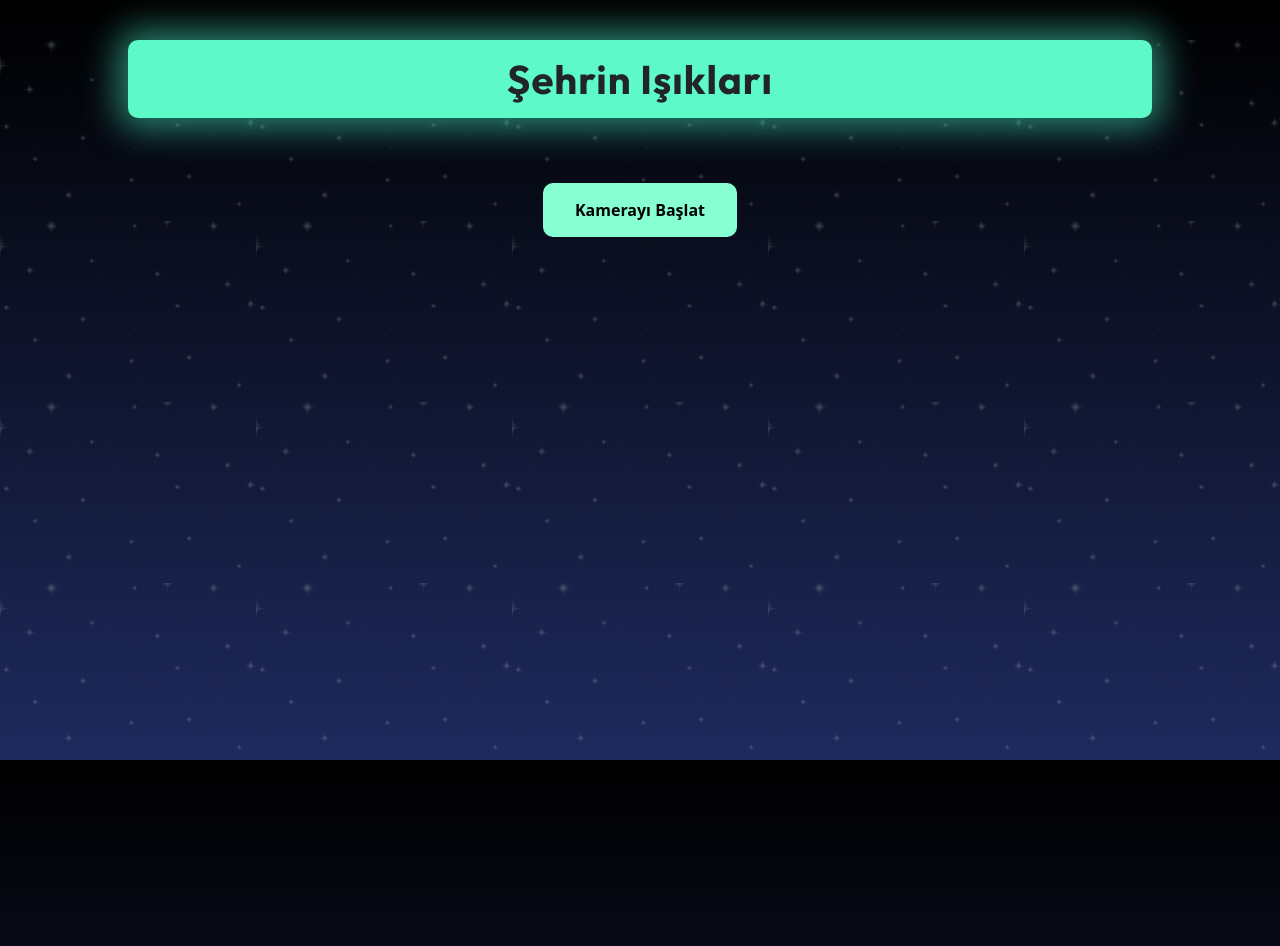
Repository: BiranOrundas/CameraQR
Page: index.html
The author's editor kept a copy of each file at every save. The page is drawn from the files as they stood at one save, then again after the next save.
The browser window is 1280 px wide. The pictures show the whole page.

Above is the page before, as saved 2024-08-29 15:45:33.

### index.html
<!DOCTYPE html>
<html lang="tr">
<head>
    <meta charset="UTF-8">
    <title>Şehrin Işıkları</title>
<link rel="stylesheet" href="style.css">
<link href="https://cdn.jsdelivr.net/npm/bootstrap@5.3.3/dist/css/bootstrap.min.css" rel="stylesheet" integrity="sha384-QWTKZyjpPEjISv5WaRU9OFeRpok6YctnYmDr5pNlyT2bRjXh0JMhjY6hW+ALEwIH" crossorigin="anonymous">
</head>
<body class="mx-auto">
    <div id="stars">

    </div>
    <div class="header">
        <h1 class="outfit">Şehrin Işıkları</h1>
    </div>
    <div style="align-items: center; justify-content: center; text-align: center;">
    <button class="button" id="start-camera">Kamerayı Başlat</button>
</div>
    <video id="camera" autoplay playsinline></video>
    <div style="align-items: center; justify-content: center; text-align: center;">
    <button class="button" id="take-photo" >Fotoğraf Çek</button>
    </div>
    <canvas id="canvas" ></canvas>
    <div class="row mx-auto align-items-center">
          <div class="col-12 col-md-8">
    <img id="photo"  alt="Çekilen Fotoğraf">
        </div>
    <div class="col-12 col-md-4 mx-auto justify-content-center ">
        <h1 id="qrinfo">Fotografınızı QR kodu okutarak indirebilirsiniz.</h1>
    <div class="text-center mx-auto" id="qrcode"></div>
    </div>
    </div>
    <div id="qrdiv" class="mt-5 py-5" style="align-items: center; justify-content: center; text-align: center;">
    <button id="download-qr" class="button" style="display: none;">QR Kodunu İndir</button>
    <button id="try-again" class="button" style="display: none;">Yeniden Çek</button>
    </div>



    <script src="qrious.js"></script>
    <script src="script.js"></script>
</body>
</html>

### style.css
@import url('https://fonts.googleapis.com/css2?family=Outfit:wght@100..900&display=swap');



.outfit {
  font-family: "Outfit", sans-serif;
  font-optical-sizing: auto;
  font-weight: 700;
  font-style: normal;
}

#stars{
  position: absolute;
  background-image: url(stars.png);
  height: 100vh;
  width: 100vw;
  margin-left: -10%;
  object-fit: cover;
  z-index: -1;
  opacity: 0.2;
  background-repeat: repeat;
  background-size: 20%;
}

body{
    margin-left:auto ;
    margin-right:auto ;
    align-items: center;
    justify-content: center;
    max-width: 80vw !important;
    height: 100vh !important;
    /* background-image: repeating-linear-gradient(to bottom, #1E2A5E 10%, #38444d 5% ) !important; */
    background-image: linear-gradient(to bottom, rgba(0,0,0,1), rgba(30,42,94,1));
}

#camera {
    display: grid;
    visibility: hidden;
    justify-content: center;
    margin: auto;
    width: 100%;
    max-width: 1400px;
    height: 75vh;
    object-fit: cover;
    border-radius: 10px;
    box-shadow: #ffffffda 0px 0px 65px 10px;
    border: #fff 1px solid;
    border-style: dotted;
}

#photo {
    border:rgb(93, 250, 200) 1px solid;
    display: none;
    width: 50vw;
    height: 60vh;
    margin-top: 10px;
    justify-content: center;
    border-radius: 15px;
    object-fit: cover;
    box-shadow: rgba(242, 242, 242, 0.53) 0px 0px 35px 10px;
}

#qrcode {
   width: 20vw;
   height: auto;
}

#take-photo{
display: none;
}
#canvas{
display: none ;
}

.button {
    background-color: #87ffd3; /* Green */
    border: none;
    color: #000000;
    padding: 15px 32px;
    text-align: center;
    text-decoration: none;
    font-weight: 700;
    display: inline-block;
    font-size: 16px;
    border-radius: 10px;
    transition: 0.5s;
    justify-content: center;
    align-items: center;
    margin: 25px;


  }

  .button:hover{
    background-color: #005e3c; /* Green */
    cursor: pointer;
    color: #fff;
    box-shadow: #ffffff 0px 0px 15px 5px;
    transition: 0.5s;
    border: #fff 1px solid;
  }

  h1{
    justify-content: center;
    text-align: center;
    font-size: 2.5rem;
    color: rgb(255, 255, 255);
    letter-spacing: 1px;
    padding: 15px 10px;
  }

  .header{
    background-color: rgb(93, 250, 200);
    border-radius: 10px;
    width: 80vw;
    justify-content: center;
    align-items: center;
    text-align: center;
    flex-wrap: initial;
    margin-left: auto;
    margin-right: auto;
    margin-top: 40px;
    margin-bottom: 40px;
    box-shadow: rgba(74, 246, 203, 0.53) 0px 0px 35px 10px;


  }

  #qrinfo{
    color: #fff;
    text-shadow: #fff 0px 0px 15px;
    font-size: 2.5rem;
    margin-bottom: 40px;
    display: none;
  }

  @media only screen and (max-width: 680px){

    #camera {
        display: grid;
        visibility: hidden;
        justify-content: center;
        margin: auto;
        height: 60vh;
        object-fit: cover;
        border-radius: 10px;
        box-shadow: #55555588 2px 10px 35px 1px;
    }

    #photo {
        border:rgb(93, 250, 200) 1px solid;
        display: none;
        width: 75vw;
        height: 50vh;
        margin-top: 10px;
        justify-content: center;
        border-radius: 15px;
        object-fit: cover;
        box-shadow: rgba(242, 242, 242, 0.53) 0px 0px 35px 10px;
    }

    #qrcode {
        width: 50vw;
        height: auto;
     }

     #qrinfo{
        color: #fff;
        text-shadow: #fff 0px 0px 15px;
        font-size: 1.8rem;
        margin-bottom: 40px;
        margin-top: 40px;
        display: none;
      }

  }

### script.js
document.getElementById('start-camera').addEventListener('click', async function () {

    const cam = document.getElementById('start-camera');
    const video = document.getElementById('camera');
    const takePhotoButton = document.getElementById('take-photo');
    const stream = await navigator.mediaDevices.getUserMedia({ video: true });
    video.srcObject = stream;
    video.style.display = 'block';
    video.style.visibility = 'visible';
    cam.style.display = 'none';
    takePhotoButton.style.display = 'inline';
});
document.getElementById('start-camera').addEventListener('touchstart', async function () {
    const video = document.getElementById('camera');
    const takePhotoButton = document.getElementById('take-photo');
    const stream = await navigator.mediaDevices.getUserMedia({ video: true });
    video.srcObject = stream;
    video.style.display = 'block';
    video.style.visibility = 'visible';
    takePhotoButton.style.display = 'inline';
});



document.getElementById('take-photo').addEventListener('click', function () {
    const takePhoto = document.getElementById('take-photo');
    const again = document.getElementById('try-again');
    const canvas = document.getElementById('canvas');
    const video = document.getElementById('camera');
    const photo = document.getElementById('photo');
    const qrCodeDiv = document.getElementById('qrcode');
    const downloadButton = document.getElementById('download-qr');
    const qrinfo = document.getElementById('qrinfo');

    canvas.width = video.videoWidth;
    canvas.height = video.videoHeight;
    canvas.getContext('2d').drawImage(video, 0, 0);

    // Fotoğrafı göster
    const photoData = canvas.toDataURL('image/png');
    photo.src = photoData;

    // Fotoğrafı sunucuya yükle
    fetch('upload.php', {
        method: 'POST',
        headers: {
            'Content-Type': 'application/x-www-form-urlencoded'
        },
        body: 'photo=' + encodeURIComponent(photoData)
    })
    .then(response => response.text()) // JSON yerine text olarak yanıtı alın
    .then(text => {
        console.log("Gelen yanıt:", text); // Konsola dönen yanıtı yazdır
        try {
            const data = JSON.parse(text); // Yanıtı JSON'a çevir
            if (data.url) {
                // Fotoğrafın URL'sini kullanarak QR kodu oluştur
                const qr = new QRious({
                    value: window.location.origin + '/' + data.url,
                    size: 250
                });
                qrCodeDiv.innerHTML = ''; // QR kod div'ini temizle
                qrCodeDiv.appendChild(qr.canvas); // QR kodunu ekle
                downloadButton.style.display = 'inline'; // İndir butonunu göster
                again.style.display = 'inline'; // İndir butonunu göster

                // QR kodunu indir
                downloadButton.onclick = function () {
                    const link = document.createElement('a');
                    link.href = qr.toDataURL('image/png');
                    link.download = 'qr-code.png';
                    link.click();
                };
            } else {
                alert("Fotoğraf yüklenemedi. Hata: " + data.error);
            }
        } catch (error) {
            console.error("JSON çözümleme hatası:", error); // JSON hatasını göster
        }
    })
    .catch(error => {
        console.error("Fetch hatası:", error);
    });
    takePhoto.style.display = "none"
    photo.style.display = "block";
    video.style.display = "none";
    qrinfo.style.display = "block"

    document.getElementById('try-again').addEventListener('click', async function () {
        const video = document.getElementById('camera');
        const takePhotoButton = document.getElementById('take-photo');
        const stream = await navigator.mediaDevices.getUserMedia({ video: true });
        video.srcObject = stream;
        video.style.display = 'block';
        video.style.visibility = 'visible';
        takePhotoButton.style.display = 'inline';

        if(photo.style.display == "block"){
            photo.style.display = "none"
            downloadButton.style.display = 'none'; // İndir butonunu göster
            again.style.display = 'none'; // İndir butonunu göster
            qrinfo.style.display = "none"
            qrCodeDiv.innerHTML = '';

        } else{
            console.log("fotograf belleği temizlendi.")
        }

    });
});

Loaded but not shown: qrious.js (606 lines, source omitted)

After the next save:
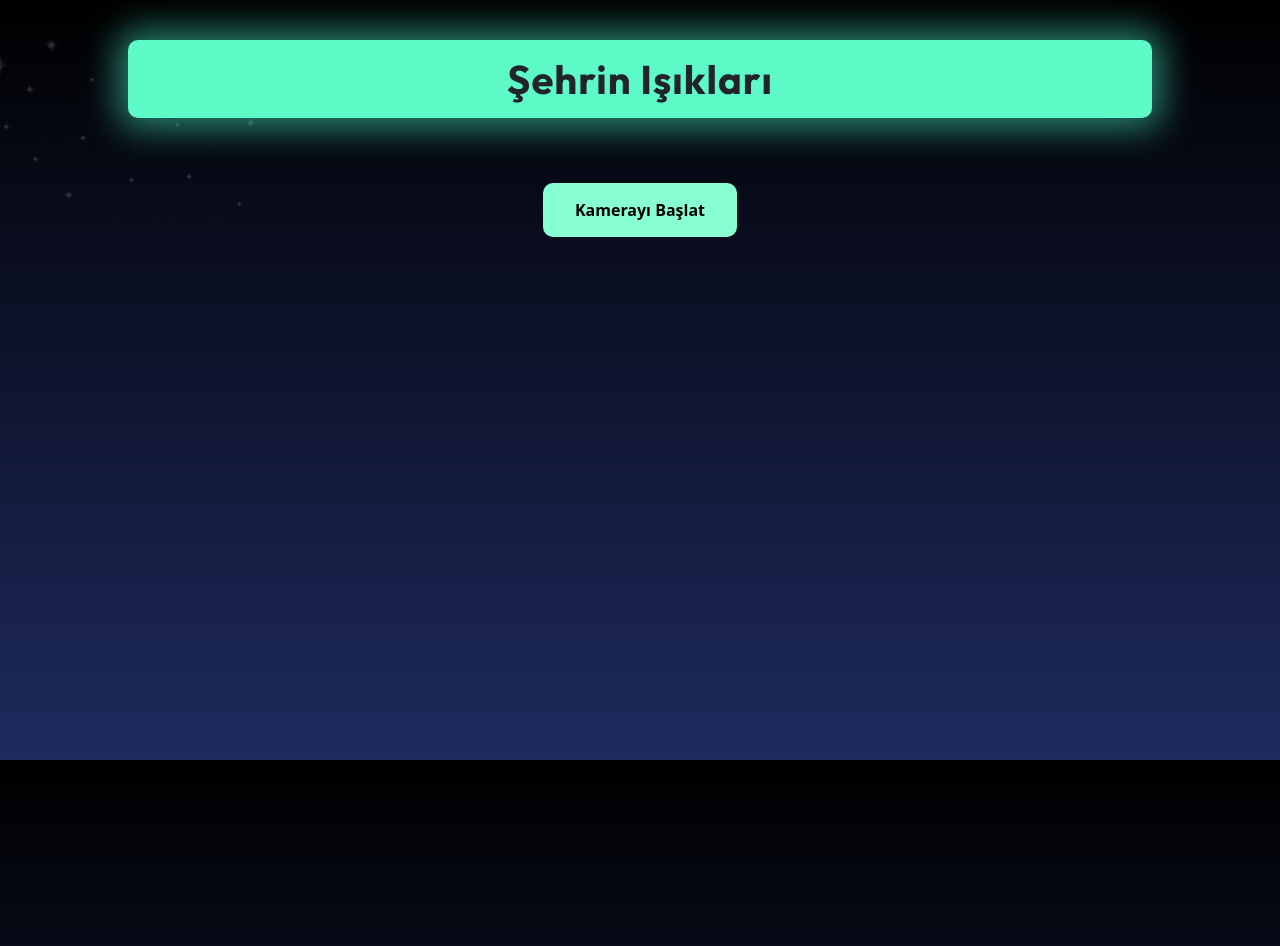
Saved 14 s later.
--- a/style.css
+++ b/style.css
@@ -18,7 +18,7 @@
   object-fit: cover;
   z-index: -1;
   opacity: 0.2;
-  background-repeat: repeat;
+  background-repeat: no-repeat;
   background-size: 20%;
 }
 

After the save that followed:
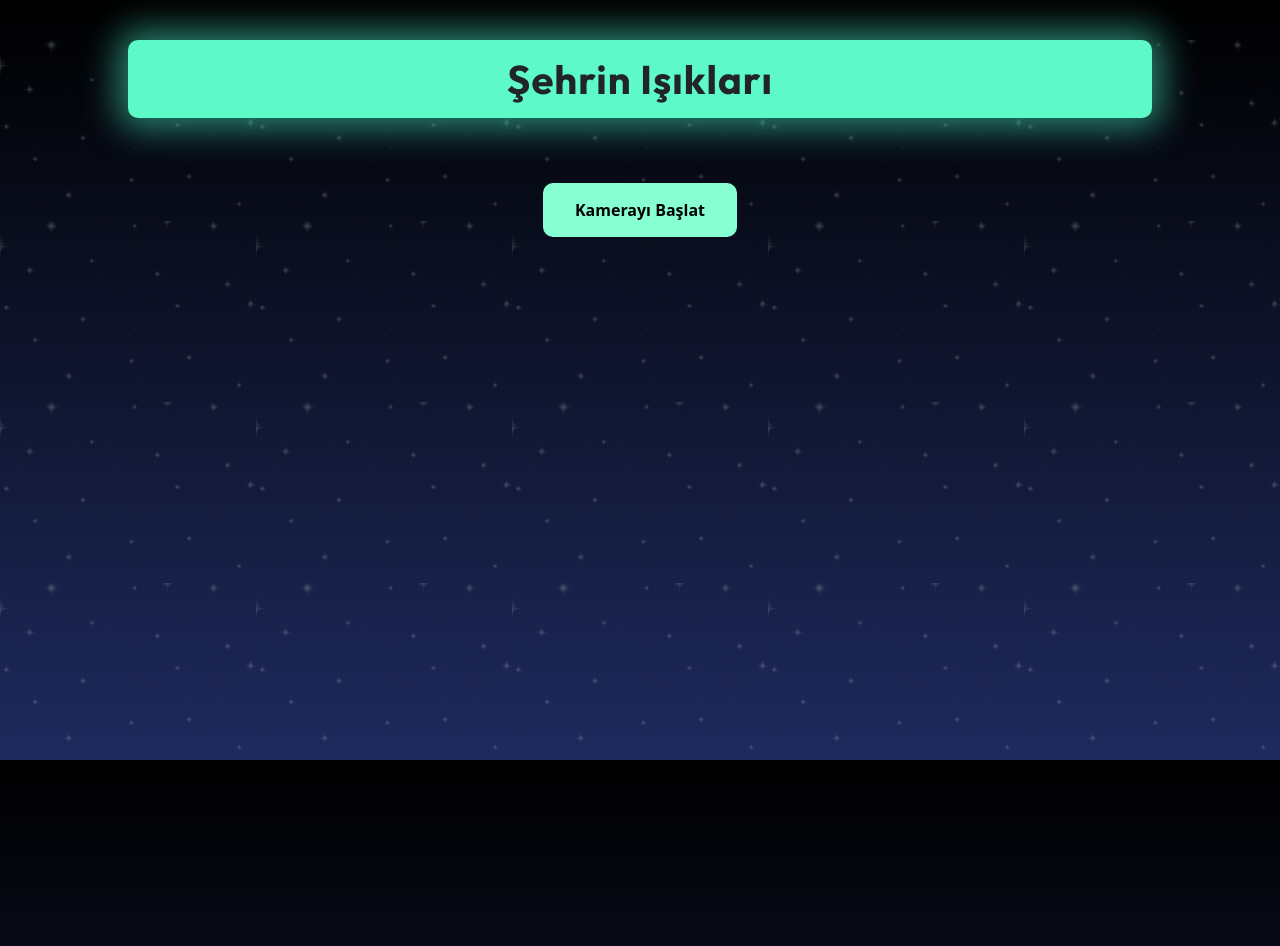
Saved 5 s later.
--- a/style.css
+++ b/style.css
@@ -18,7 +18,7 @@
   object-fit: cover;
   z-index: -1;
   opacity: 0.2;
-  background-repeat: no-repeat;
+  background-repeat: repeat;
   background-size: 20%;
 }
 
